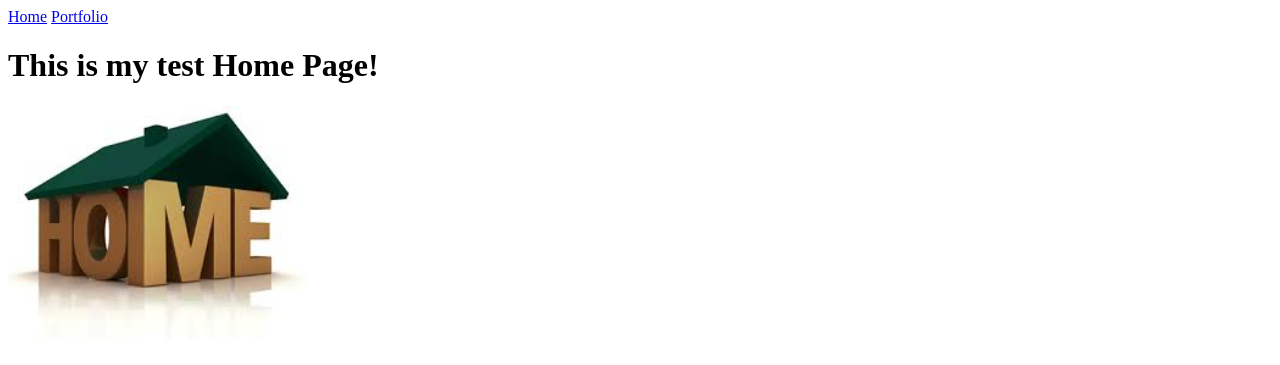
Repository: Eguevara1870/eguevara1870.github.io
Page: my_website/index.html
The author's editor kept a record of every edit. The page is drawn from the files as they stood at one moment, then again after the next edit.
The browser window is 1280 px wide. The pictures show the whole page.

Above is the page before.

After the next edit:
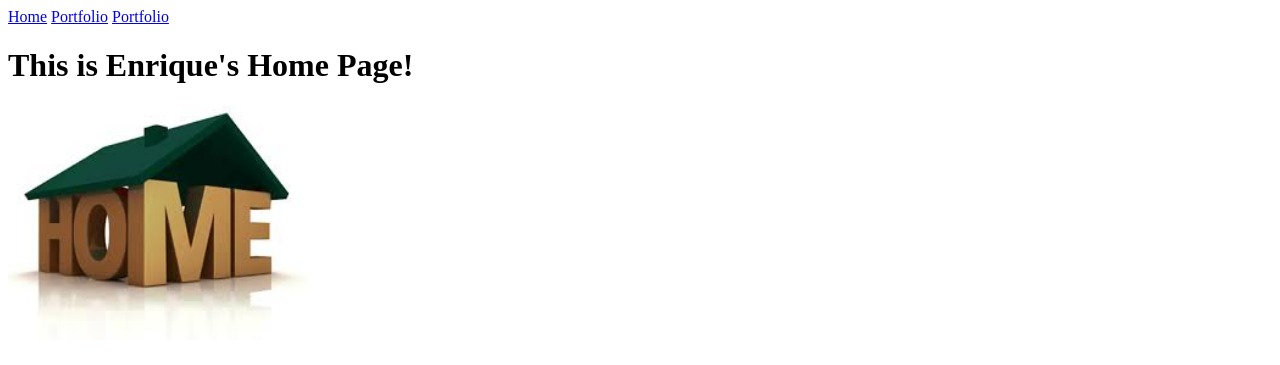
The edit:
--- a/my_website/index.html
+++ b/my_website/index.html
@@ -7,7 +7,8 @@
   <body>
     <a href="index.html">Home</a>
     <a href="portfolio.html">Portfolio</a>
-    <h1>This is my test Home Page!</h1>
+     <a href="aboutMe.html">Portfolio</a>
+    <h1>This is Enrique's Home Page!</h1>
     <img src="images/home.jpg" height="250">
   </body>
 </html>
